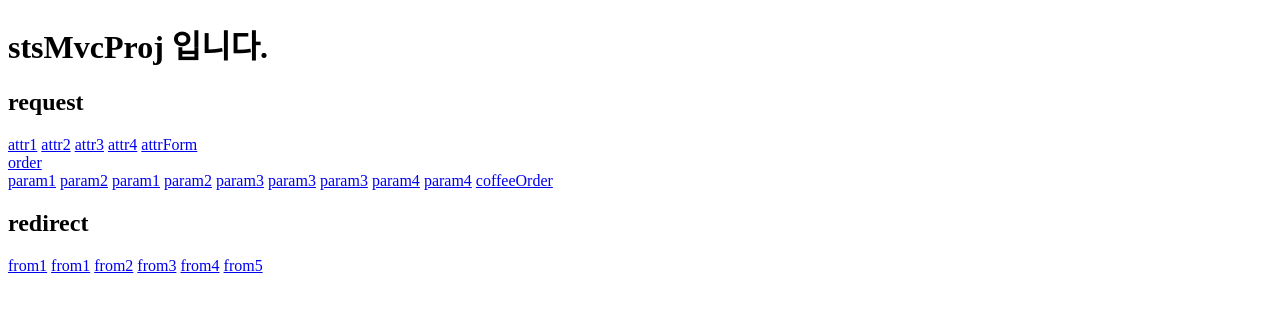
Repository: Yousehyeon/spring_work
Page: stsMvcProj/src/main/webapp/views/home.html
The author's editor kept a copy of each file at every save. The page is drawn from the files as they stood at one save, then again after the next save.
The browser window is 1280 px wide. The pictures show the whole page.

Above is the page before, as saved 2023-08-21 04:01:07.

### stsMvcProj/src/main/webapp/views/home.html
<!DOCTYPE html>
<html>
<head>
<meta charset="UTF-8">
<title>stsMvcProj</title>
</head>
<body>
<h1>stsMvcProj 입니다.</h1>
<h2>request</h2>
<a href="request/attr1">attr1</a>
<a href="request/attr2">attr2</a>
<a href="request/attr3">attr3</a>
<a href="request/attr4?age=33&nick=zxcv&jum=56&jum=59&jum=52&gender=mm&mil=true">attr4</a>
<a href="request/attrForm">attrForm</a>
<br/>
<a href="request/order">order</a>
<br/>
<a href="request/param1?id=aaa&age=45&marriage=true">param1</a>
<a href="request/param2?id=bbb&age=34&marriage=true">param2</a>
<a href="request/param1?id=ccc">param1</a>
<a href="request/param2?id=ddd">param2</a>
<a href="request/param3?id=eee&age=27&marriage=true">param3</a>
<a href="request/param3?id=fff&aaa=23&mrg=true">param3</a>
<a href="request/param3?id=ggg">param3</a>
<a href="request/param4?id=hhh&aaa=28&mrg=true">param4</a>
<a href="request/param4?id=iii">param4</a>
<a href="request/coffee">coffeeOrder</a>
<h2>redirect</h2>
<a href="red/from1">from1</a>
<a href="red/from1?id=aaa&age=44&marriage=true">from1</a>
<a href="red/from2">from2</a>
<a href="red/from3">from3</a>
<a href="red/from4?id=ddd&age=25&marriage=false">from4</a>
<a href="red/from5?id=eee&age=27&marriage=false">from5</a>
</body>
</html>

After the next save:
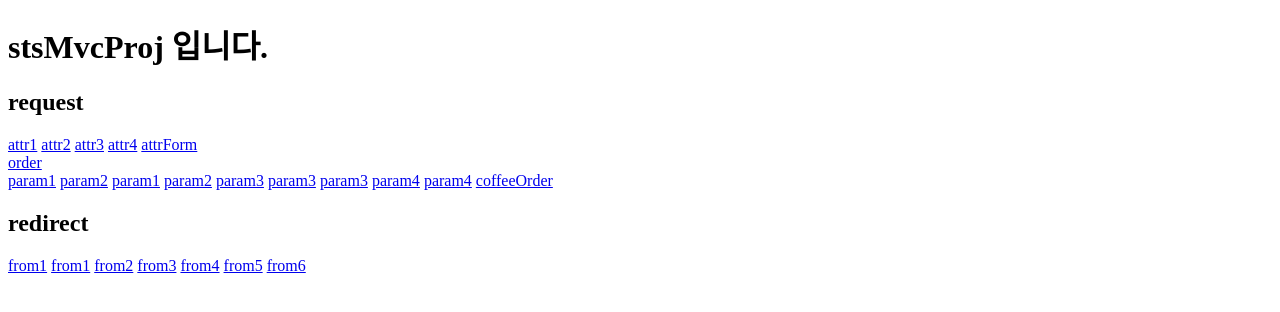
Saved 5 min 5 s later.
--- a/stsMvcProj/src/main/webapp/views/home.html
+++ b/stsMvcProj/src/main/webapp/views/home.html
@@ -32,5 +32,6 @@
 <a href="red/from3">from3</a>
 <a href="red/from4?id=ddd&age=25&marriage=false">from4</a>
 <a href="red/from5?id=eee&age=27&marriage=false">from5</a>
+<a href="red/from5?id=eee&age=27&marriage=false">from6</a>
 </body>
 </html>
